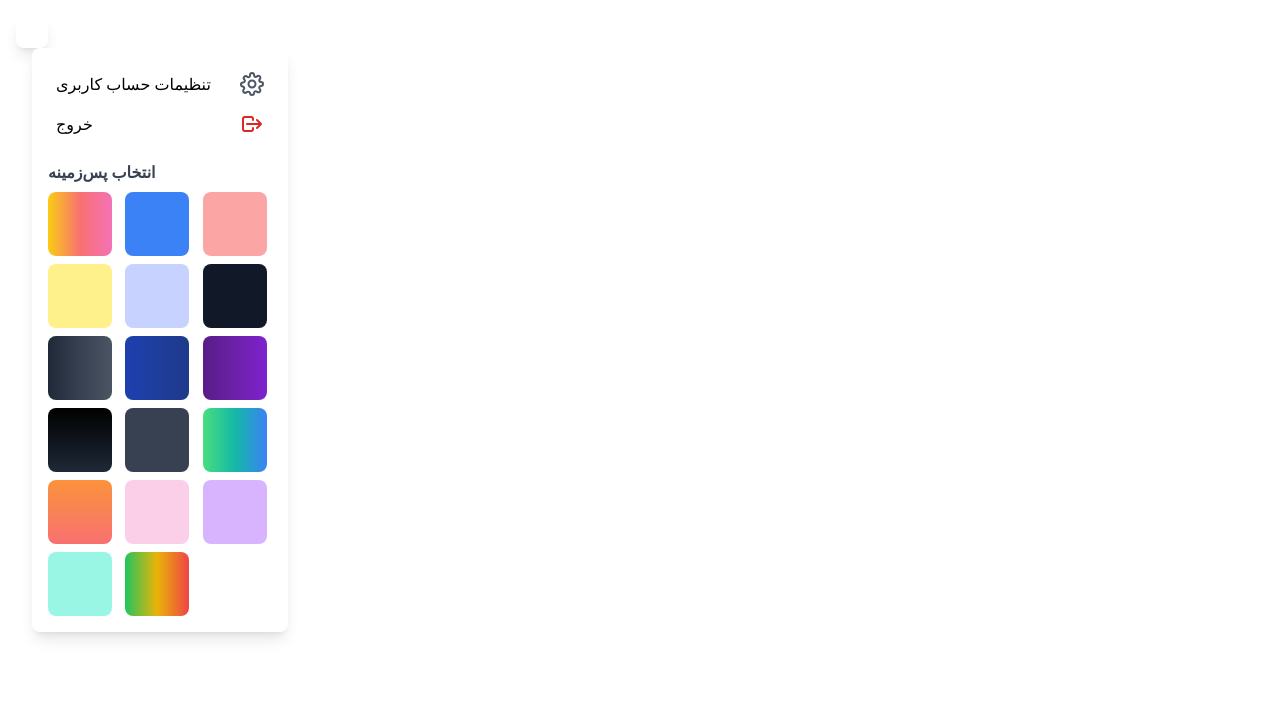
Repository: spnovaa/work-hive
Page: / (app in front_end/), after clicking the first element matching `div.z-0`
The author's editor kept a copy of each file at every save. The page is drawn from the files as they stood at one save, then again after the next save.
The browser window is 1280 px wide. The pictures show the whole page.
The project was rebuilt for these pictures with package versions that can differ from the ones it lists, and the page was loaded fresh each time. Also part of the build but not shown: front_end/src/api/auth.js, front_end/src/pages/login.jsx, front_end/src/pages/registration.jsx.

Above is the page before, as saved 2025-01-16 15:25:24.

### front_end/src/index.js
import React from 'react';
import ReactDOM from 'react-dom/client'; // Import from 'react-dom/client' for React 18+
import './styles/globals.css';
import App from './App';

// Create a root element for rendering the React application
const root = ReactDOM.createRoot(document.getElementById('root'));

// Use the new `render` method for React 18+
root.render(
  <React.StrictMode>
    <App />
  </React.StrictMode>
);

### front_end/src/App.jsx
import React from 'react';
import { BrowserRouter as Router, Routes, Route } from 'react-router-dom';
import Login from './pages/login';
import Registration from './pages/registration';
import Home from './pages/home';

function App() {
  return (
    <Router>
      <Routes>
        <Route path="/login" element={<Login />} />
        <Route path="/register" element={<Registration />} />
        <Route path="/" element = {<Home/>}/>
      </Routes>
    </Router>
  );
}

export default App;

### front_end/src/pages/home.jsx
import React, { useState } from 'react';
import ProfileSection from '../components/profile/profileSection';

function Home() {
  const [background, setBackground] = useState('bg-white');
  const handleBackgroundChange = (bg) => {
    setBackground(bg);
  };
  return (
    <div className={`h-screen ${background} p-4`}>
      <div className="absolute top-4 left-4">
        <ProfileSection
          name="عطا موثقی"
          greeting="ظهر بخیر!"
          date="پنج‌شنبه ۲۷ دی"
          onBackgroundChange={handleBackgroundChange}
        />
      </div>
    </div>
  );
}

export default Home;

### front_end/src/components/profile/profileSection.jsx
import React, { useState, useEffect, useRef } from 'react';
import ProfileDropdown from './dropdown.jsx';

const ProfileSection = ({ name, greeting, date, onBackgroundChange }) => {
  const [isDropdownOpen, setIsDropdownOpen] = useState(false);
  const dropdownRef = useRef(null);

  const toggleDropdown = () => {
    setIsDropdownOpen((prev) => !prev);
  };

  // Close dropdown when clicking outside
  useEffect(() => {
    const handleClickOutside = (event) => {
      if (dropdownRef.current && !dropdownRef.current.contains(event.target)) {
        setIsDropdownOpen(false);
      }
    };

    document.addEventListener('mousedown', handleClickOutside);
    return () => {
      document.removeEventListener('mousedown', handleClickOutside);
    };
  }, []);

  return (
    <div className="relative">
  {/* Profile Section */}
  <div
    className={`relative z-0 p-4 bg-gradient-to-r from-blue-100 to-blue-200 rounded-lg shadow-md max-w-xs cursor-pointer ${
      isDropdownOpen ? 'hidden' : ''
    }`}
    onClick={toggleDropdown}
  >
    <div className="flex flex-col items-center">
      <div className="bg-gray-300 w-24 h-24 rounded-full flex items-center justify-center mb-4">
        <svg
          xmlns="http://www.w3.org/2000/svg"
          className="h-12 w-12 text-gray-500"
          fill="none"
          viewBox="0 0 24 24"
          stroke="currentColor"
        >
          <path
            strokeLinecap="round"
            strokeLinejoin="round"
            strokeWidth="2"
            d="M12 12c2.21 0 4-1.79 4-4s-1.79-4-4-4-4 1.79-4 4 1.79 4 4 4zM12 14c-4.418 0-8 1.79-8 4m8-4c4.418 0 8 1.79 8 4m-8-4v4"
          />
        </svg>
      </div>
      <h2 className="text-lg font-semibold text-gray-700">{name}</h2>
      <p className="text-sm text-gray-600 mt-1">{greeting}</p>
      <p className="text-sm text-gray-500 mt-1">{date}</p>
    </div>
  </div>

  {/* Dropdown */}
  {isDropdownOpen && (
    <div
      ref={dropdownRef}
      className="absolute top-0 left-0 z-10 bg-white rounded-lg shadow-lg p-4 w-full"
    >
      <ProfileDropdown onBackgroundChange={onBackgroundChange} />
    </div>
  )}
</div>

  );
};

export default ProfileSection;

### front_end/src/components/profile/dropdown.jsx
import React, { useState } from 'react';
import { useNavigate } from 'react-router-dom';
const ProfileDropdown  = ({  onBackgroundChange }) => {
  const [isOpen, setIsOpen] = useState(true);
  const [selectedBackground, setSelectedBackground] = useState(null);
  const navigate = useNavigate();
  const handleLogout = () => {
    localStorage.removeItem('authToken');
    localStorage.removeItem('userInfo');
    sessionStorage.clear();
    document.cookie = 'session=; expires=Thu, 01 Jan 2012 00:00:00 UTC; path=/;';
    navigate('/login');
  };
  const backgrounds = [
    'bg-gradient-to-r from-yellow-400 via-red-400 to-pink-400',
    'bg-blue-500',
    'bg-red-300',
    'bg-yellow-200',
    'bg-indigo-200',

    // Dark mode
    'bg-gray-900',
    'bg-gradient-to-r from-gray-800 via-gray-700 to-gray-600',
    'bg-gradient-to-r from-blue-800 to-blue-900',
    'bg-gradient-to-r from-purple-900 via-purple-800 to-purple-700',
    'bg-gradient-to-b from-black to-gray-800',
    'bg-gray-700',
    //gradiant
    'bg-gradient-to-r from-green-400 via-teal-500 to-blue-500',
    'bg-gradient-to-b from-orange-400 to-red-400',
    'bg-pink-200',
    'bg-purple-300',
    'bg-teal-200',
    'bg-gradient-to-l from-red-500 via-yellow-500 to-green-500',

  ];

  const toggleDropdown = () => {
    setIsOpen(!isOpen);
  };

  const handleBackgroundChange = (bg) => {
    setSelectedBackground(bg);
    onBackgroundChange(bg);
    toggleDropdown()
  };

  return (
    <div onClick={toggleDropdown} className="relative" >
      {isOpen && (
        <div className="absolute top-4 left-0 bg-white rounded-lg shadow-lg w-64 p-4">
          <div
            className="flex items-center justify-between p-2 cursor-pointer hover:bg-gray-100 rounded"
            onClick={() => alert('Account Settings Clicked')}
          >
            <span>تنظیمات حساب کاربری</span>
            <svg
  xmlns="http://www.w3.org/2000/svg"
  className="h-6 w-6 text-gray-600"
  fill="none"
  viewBox="0 0 24 24"
  stroke="currentColor"
>
  <path
    strokeLinecap="round"
    strokeLinejoin="round"
    strokeWidth="2"
    d="M12 15.5a3.5 3.5 0 100-7 3.5 3.5 0 000 7zM19.4 15a1.77 1.77 0 00.32 1.8l.05.06a2 2 0 11-2.83 2.83l-.06-.05a1.77 1.77 0 00-1.8-.32 1.77 1.77 0 00-1.05 1.61V21a2 2 0 01-4 0v-.13a1.77 1.77 0 00-1.61-1.05 1.77 1.77 0 00-1.8.32l-.06.05a2 2 0 11-2.83-2.83l.05-.06a1.77 1.77 0 00.32-1.8 1.77 1.77 0 00-1.61-1.05H3a2 2 0 010-4h.13a1.77 1.77 0 001.61-1.05 1.77 1.77 0 00-.32-1.8l-.05-.06a2 2 0 112.83-2.83l.06.05a1.77 1.77 0 001.8.32H9a1.77 1.77 0 001.05-1.61V3a2 2 0 014 0v.13a1.77 1.77 0 001.05 1.61 1.77 1.77 0 001.8-.32l.06-.05a2 2 0 112.83 2.83l-.05.06a1.77 1.77 0 00-.32 1.8V9a1.77 1.77 0 001.61 1.05H21a2 2 0 010 4h-.13a1.77 1.77 0 00-1.61 1.05z"
  />
</svg>

          </div>

          {/* Logout */}
          <div
            className="flex items-center justify-between p-2 cursor-pointer hover:bg-gray-100 rounded"
            onClick={handleLogout}
          >
            <span>خروج</span>
            <svg
  xmlns="http://www.w3.org/2000/svg"
  className="h-6 w-6  text-red-600"
  fill="none"
  viewBox="0 0 24 24"
  stroke="currentColor"
>
  <path
    strokeLinecap="round"
    strokeLinejoin="round"
    strokeWidth="2"
    d="M17 16l4-4m0 0l-4-4m4 4H7m6 4v1a2 2 0 01-2 2H5a2 2 0 01-2-2V7a2 2 0 012-2h6a2 2 0 012 2v1"
  />
</svg>

          </div>
          <div className="mt-4">
            <span className="text-gray-700 font-semibold">انتخاب پس‌زمینه</span>
            <div className="grid grid-cols-3 gap-2 mt-2">
              {backgrounds.map((bg, index) => (
                <div
                  key={index}
                  className={`w-16 h-16 rounded-lg cursor-pointer ${bg} ${
                    selectedBackground === bg ? 'ring-2 ring-blue-500' : ''
                  }`}
                  onClick={() => handleBackgroundChange(bg)}
                ></div>
              ))}
            </div>
          </div>
        </div>
      )}
    </div>
  );
};

export default ProfileDropdown;

Loaded but not shown: front_end/public/index.html (common file); front_end/src/styles/globals.css (common file); front_end/tailwind.config.js (common file)

After the next save:
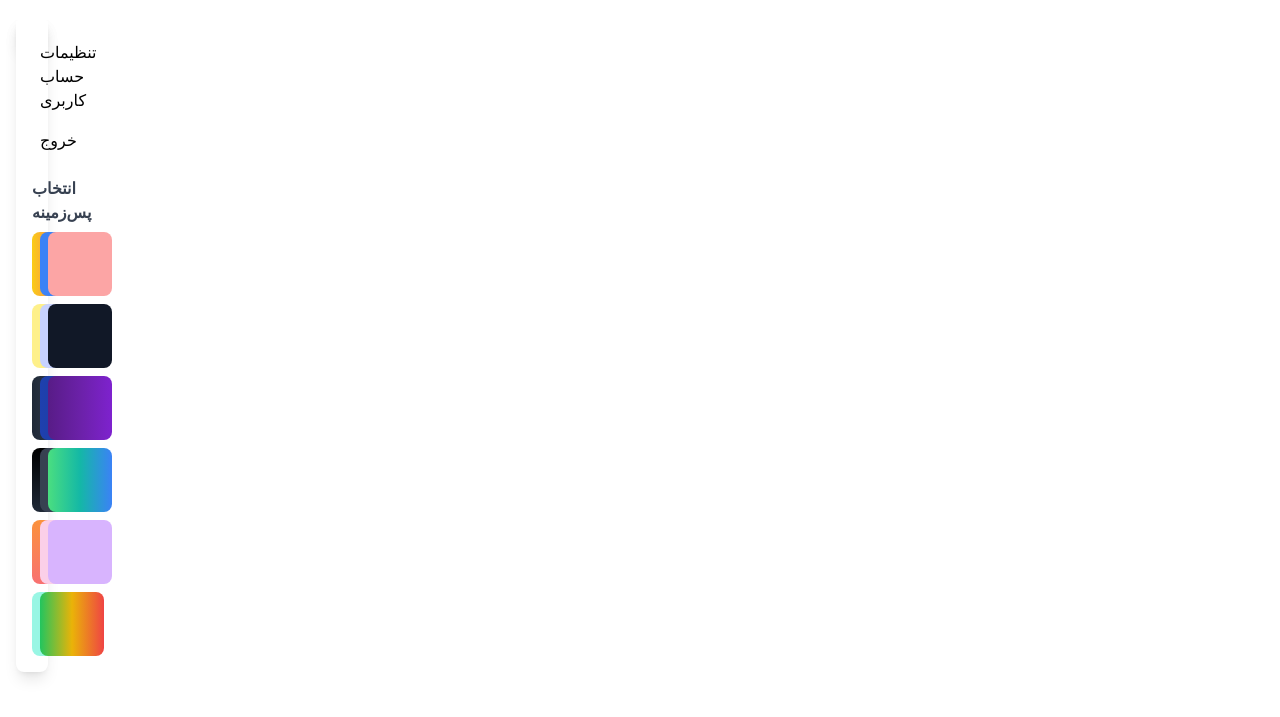
Saved 21 s later.
--- a/front_end/src/components/profile/dropdown.jsx
+++ b/front_end/src/components/profile/dropdown.jsx
@@ -46,70 +46,70 @@ const ProfileDropdown  = ({  onBackgroundChange }) => {
   };
 
   return (
-    <div onClick={toggleDropdown} className="relative" >
-      {isOpen && (
-        <div className="absolute top-4 left-0 bg-white rounded-lg shadow-lg w-64 p-4">
-          <div
-            className="flex items-center justify-between p-2 cursor-pointer hover:bg-gray-100 rounded"
-            onClick={() => alert('Account Settings Clicked')}
-          >
-            <span>تنظیمات حساب کاربری</span>
-            <svg
-  xmlns="http://www.w3.org/2000/svg"
-  className="h-6 w-6 text-gray-600"
-  fill="none"
-  viewBox="0 0 24 24"
-  stroke="currentColor"
+    <div
+  onClick={(e) => e.stopPropagation()}
+  className="absolute top-0 left-0 z-20 bg-white rounded-lg shadow-lg w-full p-4"
 >
-  <path
-    strokeLinecap="round"
-    strokeLinejoin="round"
-    strokeWidth="2"
-    d="M12 15.5a3.5 3.5 0 100-7 3.5 3.5 0 000 7zM19.4 15a1.77 1.77 0 00.32 1.8l.05.06a2 2 0 11-2.83 2.83l-.06-.05a1.77 1.77 0 00-1.8-.32 1.77 1.77 0 00-1.05 1.61V21a2 2 0 01-4 0v-.13a1.77 1.77 0 00-1.61-1.05 1.77 1.77 0 00-1.8.32l-.06.05a2 2 0 11-2.83-2.83l.05-.06a1.77 1.77 0 00.32-1.8 1.77 1.77 0 00-1.61-1.05H3a2 2 0 010-4h.13a1.77 1.77 0 001.61-1.05 1.77 1.77 0 00-.32-1.8l-.05-.06a2 2 0 112.83-2.83l.06.05a1.77 1.77 0 001.8.32H9a1.77 1.77 0 001.05-1.61V3a2 2 0 014 0v.13a1.77 1.77 0 001.05 1.61 1.77 1.77 0 001.8-.32l.06-.05a2 2 0 112.83 2.83l-.05.06a1.77 1.77 0 00-.32 1.8V9a1.77 1.77 0 001.61 1.05H21a2 2 0 010 4h-.13a1.77 1.77 0 00-1.61 1.05z"
-  />
-</svg>
+  <div
+    className="flex items-center justify-between p-2 cursor-pointer hover:bg-gray-100 rounded"
+    onClick={() => alert('Account Settings Clicked')}
+  >
+    <span>تنظیمات حساب کاربری</span>
+    <svg
+      xmlns="http://www.w3.org/2000/svg"
+      className="h-6 w-6 text-gray-600"
+      fill="none"
+      viewBox="0 0 24 24"
+      stroke="currentColor"
+    >
+      <path
+        strokeLinecap="round"
+        strokeLinejoin="round"
+        strokeWidth="2"
+        d="M12 15.5a3.5 3.5 0 100-7 3.5 3.5 0 000 7zM19.4 15a1.77 1.77 0 00.32 1.8l.05.06a2 2 0 11-2.83 2.83l-.06-.05a1.77 1.77 0 00-1.8-.32 1.77 1.77 0 00-1.05 1.61V21a2 2 0 01-4 0v-.13a1.77 1.77 0 00-1.61-1.05 1.77 1.77 0 00-1.8.32l-.06.05a2 2 0 11-2.83-2.83l.05-.06a1.77 1.77 0 00.32-1.8 1.77 1.77 0 00-1.61-1.05H3a2 2 0 010-4h.13a1.77 1.77 0 001.61-1.05 1.77 1.77 0 00-.32-1.8l-.05-.06a2 2 0 112.83-2.83l.06.05a1.77 1.77 0 001.8.32H9a1.77 1.77 0 001.05-1.61V3a2 2 0 014 0v.13a1.77 1.77 0 001.05 1.61 1.77 1.77 0 001.8-.32l.06-.05a2 2 0 112.83 2.83l-.05.06a1.77 1.77 0 00-.32 1.8V9a1.77 1.77 0 001.61 1.05H21a2 2 0 010 4h-.13a1.77 1.77 0 00-1.61 1.05z"
+      />
+    </svg>
+  </div>
 
-          </div>
+  {/* Logout */}
+  <div
+    className="flex items-center justify-between p-2 cursor-pointer hover:bg-gray-100 rounded"
+    onClick={handleLogout}
+  >
+    <span>خروج</span>
+    <svg
+      xmlns="http://www.w3.org/2000/svg"
+      className="h-6 w-6 text-red-600"
+      fill="none"
+      viewBox="0 0 24 24"
+      stroke="currentColor"
+    >
+      <path
+        strokeLinecap="round"
+        strokeLinejoin="round"
+        strokeWidth="2"
+        d="M17 16l4-4m0 0l-4-4m4 4H7m6 4v1a2 2 0 01-2 2H5a2 2 0 01-2-2V7a2 2 0 012-2h6a2 2 0 012 2v1"
+      />
+    </svg>
+  </div>
 
-          {/* Logout */}
-          <div
-            className="flex items-center justify-between p-2 cursor-pointer hover:bg-gray-100 rounded"
-            onClick={handleLogout}
-          >
-            <span>خروج</span>
-            <svg
-  xmlns="http://www.w3.org/2000/svg"
-  className="h-6 w-6  text-red-600"
-  fill="none"
-  viewBox="0 0 24 24"
-  stroke="currentColor"
->
-  <path
-    strokeLinecap="round"
-    strokeLinejoin="round"
-    strokeWidth="2"
-    d="M17 16l4-4m0 0l-4-4m4 4H7m6 4v1a2 2 0 01-2 2H5a2 2 0 01-2-2V7a2 2 0 012-2h6a2 2 0 012 2v1"
-  />
-</svg>
+  {/* Background Options */}
+  <div className="mt-4">
+    <span className="text-gray-700 font-semibold">انتخاب پس‌زمینه</span>
+    <div className="grid grid-cols-3 gap-2 mt-2">
+      {backgrounds.map((bg, index) => (
+        <div
+          key={index}
+          className={`w-16 h-16 rounded-lg cursor-pointer ${bg} ${
+            selectedBackground === bg ? 'ring-2 ring-blue-500' : ''
+          }`}
+          onClick={() => handleBackgroundChange(bg)}
+        ></div>
+      ))}
+    </div>
+  </div>
+</div>
 
-          </div>
-          <div className="mt-4">
-            <span className="text-gray-700 font-semibold">انتخاب پس‌زمینه</span>
-            <div className="grid grid-cols-3 gap-2 mt-2">
-              {backgrounds.map((bg, index) => (
-                <div
-                  key={index}
-                  className={`w-16 h-16 rounded-lg cursor-pointer ${bg} ${
-                    selectedBackground === bg ? 'ring-2 ring-blue-500' : ''
-                  }`}
-                  onClick={() => handleBackgroundChange(bg)}
-                ></div>
-              ))}
-            </div>
-          </div>
-        </div>
-      )}
-    </div>
   );
 };
 
